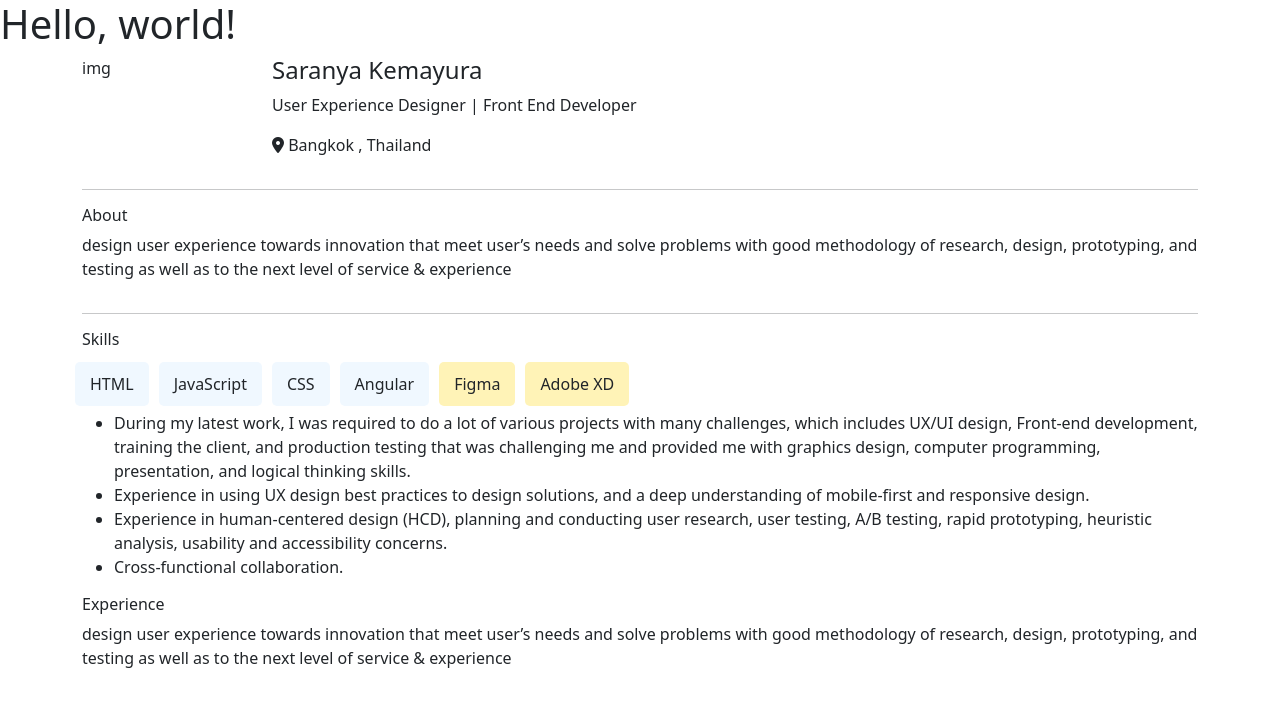
Repository: 0910th/portfolio
Page: index.html
These files come from the project's save history. The page is drawn as it stood at one moment and after the next save; the edit follows.
The browser window is 1280 px wide. The pictures show the whole page.

Above is the page before, as saved 2022-12-12 11:58:03.

### index.html
<!doctype html>
<html lang="en">

<head>
    <meta charset="utf-8">
    <meta name="viewport" content="width=device-width, initial-scale=1">
    <title>Saranya Portfolio</title>

    <link href="./css/bootstrap.min.css" rel="stylesheet" crossorigin="anonymous">
    <link href="./css/mystyle.css" rel="stylesheet" crossorigin="anonymous">
    <!--font awesome -->
    <link rel="stylesheet" href="./fontawesome/css/all.css" type="text/css">
    <link rel="stylesheet" href="./fontawesome/css/fontawesome.css">
    <link rel="stylesheet" href="./fontawesome/css/brands.css">
    <link rel="stylesheet" href="./fontawesome/css/solid.css">
</head>

<body>
    <h1>Hello, world!</h1>
    <div class="container-md">
        <!-- Content here -->
        <!-- section01 Name  -->
        <div class="row justify-content-start">
            <div class="col-2 text-right">
                img
            </div>
            <div class="col-10">
                <h4>Saranya Kemayura</h4>
                <p>User Experience Designer | Front End Developer</p>
                <p><i class="fa-solid fa-location-dot"></i> Bangkok , Thailand </p>
            </div>

        </div>
        <hr>
        <div class="row">

            <h6>About</h6>
            <p>design user experience towards innovation that meet user’s needs and solve problems with good methodology of
                research,
                design, prototyping, and testing as well as to the next level of service & experience</p>
        </div>
        <hr>
        <div class="row">
            <h6>Skills</h6>
            <div class="badge-text code">HTML</div>
            <div class="badge-text code">JavaScript</div>
            <div class="badge-text code">CSS</div>
            <div class="badge-text code">Angular</div>
            <div class="badge-text design">Figma</div>
            <div class="badge-text design">Adobe XD</div>
            <div class="text-list">
                <ul>
                    <li> During my latest work, I was required to do a lot of various projects with many challenges, which includes UX/UI design,
                    Front-end development, training the client, and production testing that was challenging me and provided me with graphics
                    design, computer programming, presentation, and logical thinking skills.</li>
                    <li> Experience in using UX design best practices to design solutions, and a deep understanding of mobile-first and
                    responsive design.</li>
                    <li> Experience in human-centered design (HCD), planning and conducting user research, user testing, A/B testing, rapid
                    prototyping, heuristic analysis, usability and accessibility concerns.</li>
                    <li> Cross-functional collaboration.</li>
                </ul>
            </div>
        </div>
        <div class="row">

            <h6>Experience</h6>
            <p>design user experience towards innovation that meet user’s needs and solve problems with good methodology of
                research,
                design, prototyping, and testing as well as to the next level of service & experience</p>
        </div>

    </div>




    <!-- script -->
    <script src="https://cdn.jsdelivr.net/npm/@popperjs/core@2.11.6/dist/umd/popper.min.js"
        integrity="sha384-oBqDVmMz9ATKxIep9tiCxS/Z9fNfEXiDAYTujMAeBAsjFuCZSmKbSSUnQlmh/jp3"
        crossorigin="anonymous"></script>
    <script src="https://cdn.jsdelivr.net/npm/bootstrap@5.2.3/dist/js/bootstrap.min.js"
        integrity="sha384-cuYeSxntonz0PPNlHhBs68uyIAVpIIOZZ5JqeqvYYIcEL727kskC66kF92t6Xl2V"
        crossorigin="anonymous"></script>
</body>

</html>

### css/mystyle.css
.badge-text {
    padding: 10px 15px;
    margin: 5px 5px;
    border-radius: 5px;
    width: max-content;

}
.badge-text.code {
    background-color: #f0f8ff;
}
.badge-text.design {
    background-color: #fff3b7;
}
.text-list ul li {
    /* list-style: none; */
}

Loaded but not shown: css/bootstrap.min.css (library); fontawesome/css/all.css (library); fontawesome/css/fontawesome.css (library); fontawesome/css/solid.css (common file); fontawesome/css/brands.css (1432 lines, source omitted)

After the next save:
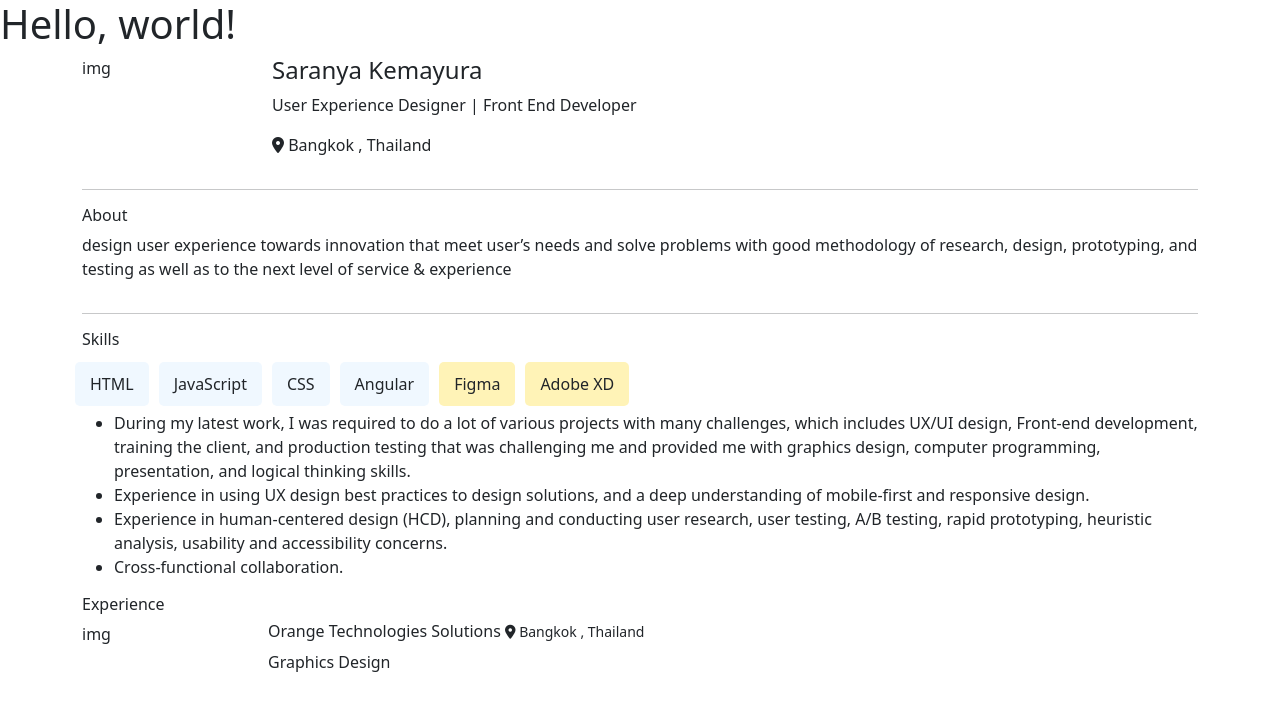
Saved 2 s later.
--- a/index.html
+++ b/index.html
@@ -64,9 +64,18 @@
         <div class="row">
 
             <h6>Experience</h6>
-            <p>design user experience towards innovation that meet user’s needs and solve problems with good methodology of
-                research,
-                design, prototyping, and testing as well as to the next level of service & experience</p>
+            <div class="row">
+                <div class="col-2 ">
+                    img
+                </div>
+                <div class="col-10">
+                    <h6> Orange Technologies Solutions <small> <i class="fa-solid fa-location-dot"></i> Bangkok , Thailand </small> </h6>
+                    <p> Graphics Design </p>
+                    <p>  </p>
+
+                </div>
+
+            </div>
         </div>
 
     </div>
